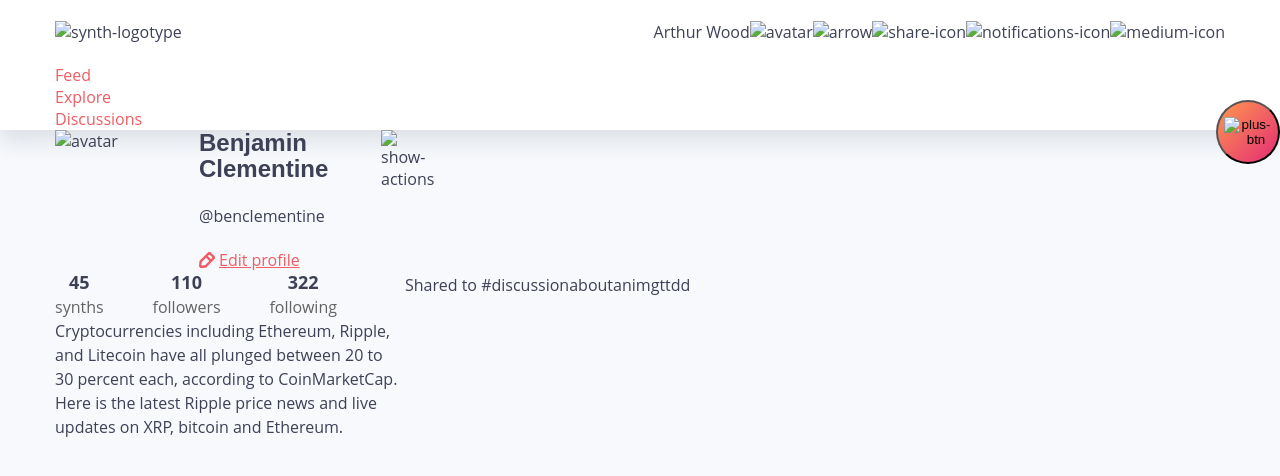
Repository: ecspetra/swivl-test-task
Page: index.html
An editor plug-in stored every save of this project. The page is shown before and after the next save, followed by the edit.
The browser window is 1280 px wide. The pictures show the whole page.

Above is the page before, as saved 2021-12-09 20:47:23.

### index.html
<!DOCTYPE html>
<html lang="en">

<head>
    <meta charset="UTF-8">
    <meta http-equiv="X-UA-Compatible" content="IE=edge">
    <meta name="viewport" content="width=device-width, initial-scale=1.0">
    <link rel="stylesheet" href="css/style.css">
    <title>Synth User Profile</title>
</head>

<body>
    <header>
        <div class="header">
            <div class="header__logo-wrapper">
                <img class="header__logo" src="" alt="synth-logotype">
            </div>
            <div class="header__profile">
                <div class="header__user">
                    <p class="header__username">Arthur Wood</p>
                    <div class="header__avatar-wrapper">
                        <img class="header__avatar" src="" alt="avatar">
                    </div>
                    <div class="header__arrow-wrapper">
                        <img class="header__arrow" src="" alt="arrow">
                    </div>
                </div>
                <div class="header__icons">
                    <div class="header__share-wrapper">
                        <img class="header__share" src="" alt="share-icon">
                    </div>
                    <div class="header__notifications-wrapper">
                        <img class="header__notifications" src="" alt="notifications-icon">
                    </div>
                    <div class="header__medium-wrapper">
                        <img class="header__medium" src="" alt="medium-icon">
                    </div>
                </div>
            </div>
        </div>
        <div class="header__navigation-wrapper">
            <nav class="header__navigation">
                <ul>
                    <li><a href="#">Feed</a></li>
                    <li><a href="#">Explore</a></li>
                    <li><a href="#">Discussions</a></li>
                </ul>
            </nav>
        </div>
        <button class="header__btn-wrapper">
            <img class="header__btn" src="" alt="plus-btn">
        </button>
    </header>
    <main>
        <section>
            <div class="profile">
                <div class="profile__user-details">
                    <div class="profile__general">
                        <div class="profile__avatar-wrapper">
                            <img class="profile__avatar" src="" alt="avatar">
                        </div>
                        <div class="profile__name-wrapper">
                            <h2 class="profile__name">Benjamin Clementine</h2>
                            <div class="profile__dots-wrapper">
                                <img class="profile__dots" src="" alt="show-actions">
                            </div>
                        </div>
                        <p class="profile__instagram">@benclementine</p>
                        <a class="profile__edit-btn" href="#">Edit profile</a>
                    </div>
                    <div class="profile__statistics">
                        <p class="profile__synths"><span>45</span><br>synths</p>
                        <p class="profile__followers"><span>110</span><br>followers</p>
                        <p class="profile__following"><span>322</span><br>following</p>
                    </div>
                    <p class="profile__description">Cryptocurrencies including Ethereum, Ripple, and Litecoin have all
                        plunged between 20 to 30 percent each, according to CoinMarketCap. Here is the latest Ripple
                        price news and live updates on XRP, bitcoin and Ethereum.</p>
                </div>

                <div class="profile__switcher"></div>

                <div class="profile__cards">
                    <article class="profile__card">
                        <p class="profile__">Shared to <span>#discussionaboutanimgttdd</span></p>
                    </article>
                </div>

            </div>
        </section>
    </main>

</body>

</html>

### css/style.css
body {
  width: 100%;
  height: auto;
  margin: 0;
  padding: 0;
  background-color: #f7f9fc;
  font-family: "Open Sans", sans-serif;
  color: #3e4056;
}

* {
  -webkit-box-sizing: border-box;
  box-sizing: border-box;
}

header {
  width: 100%;
  background-color: #ffffff;
  -webkit-box-shadow: 0px 12px 20px 0px rgba(34, 60, 80, 0.12);
  -moz-box-shadow: 0px 12px 20px 0px rgba(34, 60, 80, 0.12);
  box-shadow: 0px 12px 20px 0px rgba(34, 60, 80, 0.12);
}

main,
section {
  width: 100%;
}

a {
  text-decoration: none;
  color: #f05d63;
}

ul {
  padding: 0;
  margin: 0;
}
ul li {
  list-style-type: none;
}

h1,
h2 {
  margin: 0;
}

p {
  margin: 0;
}

.header {
  max-width: 1218px;
  padding: 21px 24px;
  margin: 0 auto;
  display: -webkit-box;
  display: -ms-flexbox;
  display: flex;
  -webkit-box-orient: horizontal;
  -webkit-box-direction: normal;
  -ms-flex-direction: row;
  flex-direction: row;
  -webkit-box-pack: justify;
  -ms-flex-pack: justify;
  justify-content: space-between;
  -webkit-box-align: center;
  -ms-flex-align: center;
  align-items: center;
  position: relative;
}

.header__profile {
  display: -webkit-box;
  display: -ms-flexbox;
  display: flex;
  -webkit-box-orient: horizontal;
  -webkit-box-direction: normal;
  -ms-flex-direction: row;
  flex-direction: row;
  -webkit-box-pack: end;
  -ms-flex-pack: end;
  justify-content: flex-end;
  -webkit-box-align: center;
  -ms-flex-align: center;
  align-items: center;
}

.header__user,
.header__icons {
  display: -webkit-box;
  display: -ms-flexbox;
  display: flex;
  -webkit-box-orient: horizontal;
  -webkit-box-direction: normal;
  -ms-flex-direction: row;
  flex-direction: row;
  -webkit-box-pack: justify;
  -ms-flex-pack: justify;
  justify-content: space-between;
  -webkit-box-align: center;
  -ms-flex-align: center;
  align-items: center;
}

.header__arrow-icon {
  width: 8px;
  height: 4px;
  opacity: 0.4;
}

.header__icon-wrapper {
  width: 32px;
  height: 32px;
}

.header__share-icon,
.header__share-icon,
.header__medium-icon {
  width: auto;
  height: 14px;
}

.header__navigation-wrapper {
  max-width: 1218px;
  padding: 0 24px;
  margin: 0 auto;
}

.navigation-list {
  display: -webkit-box;
  display: -ms-flexbox;
  display: flex;
  -webkit-box-orient: horizontal;
  -webkit-box-direction: normal;
  -ms-flex-direction: row;
  flex-direction: row;
  -webkit-box-pack: start;
  -ms-flex-pack: start;
  justify-content: flex-start;
  -webkit-box-align: center;
  -ms-flex-align: center;
  align-items: center;
  gap: 37px;
}

.navigation-list__item {
  color: #3e4056;
  text-transform: uppercase;
  font: 600 14px/16px "Open Sans", sans-serif;
  opacity: 0.6;
}

.navigation-list__item__active {
  opacity: 1;
}

.header__btn-wrapper {
  background: linear-gradient(to bottom right, #ff974f, #e32c75);
  width: 64px;
  height: 64px;
  border-radius: 50%;
  overflow: hidden;
  position: absolute;
  right: 0;
  top: 100px;
}

.header__btn {
  background: none;
  outline: 0;
  border: 0;
  width: 100%;
  height: 100%;
}

.profile {
  max-width: 1218px;
  padding: 0 24px;
  margin: 0 auto;
  display: -ms-grid;
  display: grid;
  grid-template-columns: 350px 1fr;
  grid-template-rows: auto auto;
  grid-template-areas: "profile__user-details profile__switcher" "profile__user-details profile__cards-wwrapper";
  -webkit-box-pack: center;
  -ms-flex-pack: center;
  justify-content: center;
  -webkit-box-align: start;
  -ms-flex-align: start;
  align-items: start;
}

.profile__user-details {
  grid-area: profile__user-details;
}

.profile__general {
  display: -ms-grid;
  display: grid;
  grid-template-columns: 120px 1fr;
  grid-template-rows: auto auto auto;
  grid-template-areas: "profile__avatar-wrapper profile__name-wrapper" "profile__avatar-wrapper profile__instagram" "profile__avatar-wrapper profile__edit-btn";
  -webkit-box-pack: center;
  -ms-flex-pack: center;
  justify-content: center;
  -webkit-box-align: start;
  -ms-flex-align: start;
  align-items: start;
  gap: 24px;
}

.profile__avatar-wrapper {
  grid-area: profile__avatar-wrapper;
  width: 120px;
  height: 120px;
}

.profile__avatar {
  width: 100%;
  height: 100%;
}

.profile__name-wrapper {
  grid-area: profile__name-wrapper;
  display: -webkit-box;
  display: -ms-flexbox;
  display: flex;
  -webkit-box-orient: horizontal;
  -webkit-box-direction: normal;
  -ms-flex-direction: row;
  flex-direction: row;
  -webkit-box-pack: justify;
  -ms-flex-pack: justify;
  justify-content: space-between;
  -webkit-box-align: start;
  -ms-flex-align: start;
  align-items: flex-start;
  -ms-flex-wrap: nowrap;
  flex-wrap: nowrap;
}

.profile__name {
  font: 600 24px/26px "Montserrat", sans-serif;
  max-width: 150px;
  display: -webkit-box;
  -webkit-line-clamp: 2;
  -webkit-box-orient: vertical;
  overflow: hidden;
  text-overflow: ellipsis;
}

.profile__dots-wrapper {
  width: 24px;
  height: 24px;
  cursor: pointer;
}

.profile__dots {
  width: 16px;
  height: 16px;
}

.profile__instagram {
  grid-area: profile__instagram;
  font: 400 16px/20px "Open Sans", sans-serif;
}

.profile__edit-btn {
  grid-area: profile__edit-btn;
  font: 400 16px/20px "Open Sans", sans-serif;
  text-decoration: underline;
  position: relative;
  padding: 0 0 0 20px;
}
.profile__edit-btn:before {
  content: "";
  width: 16px;
  height: 16px;
  background-image: url("../img/edit-icon.svg");
  background-position: center;
  background-size: 100%;
  background-repeat: no-repeat;
  position: absolute;
  top: 50%;
  left: 0;
  -webkit-transform: translateY(-50%);
  -ms-transform: translateY(-50%);
  transform: translateY(-50%);
}

.profile__statistics {
  display: -webkit-box;
  display: -ms-flexbox;
  display: flex;
  -webkit-box-orient: horizontal;
  -webkit-box-direction: normal;
  -ms-flex-direction: row;
  flex-direction: row;
  -webkit-box-pack: justify;
  -ms-flex-pack: justify;
  justify-content: space-between;
  -webkit-box-align: start;
  -ms-flex-align: start;
  align-items: flex-start;
  -ms-flex-wrap: nowrap;
  flex-wrap: nowrap;
  max-width: 282px;
}

.profile__synths,
.profile__followers,
.profile__following {
  font: 400 16px/24px "Open Sans", sans-serif;
  text-align: center;
  color: #636363;
}
.profile__synths span,
.profile__followers span,
.profile__following span {
  font: 700 18px/24px "Open Sans", sans-serif;
  color: #3e4056;
}

.profile__description {
  font: 400 16px/24px "Open Sans", sans-serif;
}

.profile__switcher {
  grid-area: profile__switcher;
}

.profile__cards-wrapper {
  grid-area: profile__cards-wrapper;
  display: -webkit-box;
  display: -ms-flexbox;
  display: flex;
  -webkit-box-orient: horizontal;
  -webkit-box-direction: normal;
  -ms-flex-direction: row;
  flex-direction: row;
  -webkit-box-pack: justify;
  -ms-flex-pack: justify;
  justify-content: space-between;
  -webkit-box-align: start;
  -ms-flex-align: start;
  align-items: flex-start;
  -ms-flex-wrap: wrap;
  flex-wrap: wrap;
  gap: 24px;
}

.profile-card {
  background-color: #ffffff;
  border-radius: 8px;
  width: 100%;
  height: 280px;
  max-width: 374px;
  -webkit-box-shadow: 0px 12px 20px 0px rgba(34, 60, 80, 0.12);
  -moz-box-shadow: 0px 12px 20px 0px rgba(34, 60, 80, 0.12);
  box-shadow: 0px 12px 20px 0px rgba(34, 60, 80, 0.12);
  padding: 24px;
  display: -webkit-box;
  display: -ms-flexbox;
  display: flex;
  -webkit-box-orient: vertical;
  -webkit-box-direction: normal;
  -ms-flex-direction: column;
  flex-direction: column;
  -webkit-box-pack: justify;
  -ms-flex-pack: justify;
  justify-content: space-between;
  -webkit-box-align: start;
  -ms-flex-align: start;
  align-items: flex-start;
}

p + .profile-card__headline {
  padding: 0;
}

.profile-card__headline {
  padding: 40px 0 0;
  font: 400 36px/44px "Montserrat", sans-serif;
  display: -webkit-box;
  -webkit-line-clamp: 3;
  -webkit-box-orient: vertical;
  overflow: hidden;
  text-overflow: ellipsis;
}

.profile-card__author-photo {
  width: 24px;
  height: 24px;
  min-width: 24px;
  min-height: 24px;
}

.profile-card__author {
  width: 100%;
  height: 100%;
}

.profile-card__author-name {
  font: 600 14px/16px "Open Sans", sans-serif;
  white-space: nowrap;
  overflow: hidden;
  text-overflow: ellipsis;
  max-width: 160px;
  color: #3e4056;
}

.profile-card__author-wrapper,
.profile-card__bottom,
.profile-card__actions-wrapper {
  display: -webkit-box;
  display: -ms-flexbox;
  display: flex;
  -webkit-box-orient: horizontal;
  -webkit-box-direction: normal;
  -ms-flex-direction: row;
  flex-direction: row;
  -webkit-box-pack: justify;
  -ms-flex-pack: justify;
  justify-content: space-between;
  -webkit-box-align: center;
  -ms-flex-align: center;
  align-items: center;
  gap: 0 16px;
}

.profile-card__bottom {
  width: 100%;
}

.profile-card__author-wrapper {
  gap: 0 8px;
}

.profile-card__share-wrapper {
  text-align: right;
}

.profile-card__share-link {
  font: 400 18px/24px "Open Sans", sans-serif;
}

.profile-card__top {
  font: 600 16px/18px "Open Sans", sans-serif;
  width: 100%;
  white-space: nowrap;
  overflow: hidden;
  text-overflow: ellipsis;
}
.profile-card__top span {
  background-color: #ecf1f8;
  border-radius: 6px;
  padding: 0 3px;
}

.profile-card__icon-wrapper {
  display: -webkit-box;
  display: -ms-flexbox;
  display: flex;
  -webkit-box-orient: horizontal;
  -webkit-box-direction: normal;
  -ms-flex-direction: row;
  flex-direction: row;
  -webkit-box-pack: justify;
  -ms-flex-pack: justify;
  justify-content: space-between;
  -webkit-box-align: center;
  -ms-flex-align: center;
  align-items: center;
  gap: 0 8px;
}

.profile-card__icon {
  width: auto;
  height: 16px;
}

.profile-card__icon-counter {
  font: 600 14px/16px "Open Sans", sans-serif;
}

.weblink-shared {
  position: relative;
  padding: 0 0 0 20px;
}
.weblink-shared:before {
  content: "";
  width: 16px;
  height: 16px;
  background-image: url("../img/shared-link.svg");
  background-position: center;
  background-size: 100%;
  background-repeat: no-repeat;
  position: absolute;
  top: 50%;
  left: 0;
  -webkit-transform: translateY(-50%);
  -ms-transform: translateY(-50%);
  transform: translateY(-50%);
}

/*# sourceMappingURL=style.css.map */

After the next save:
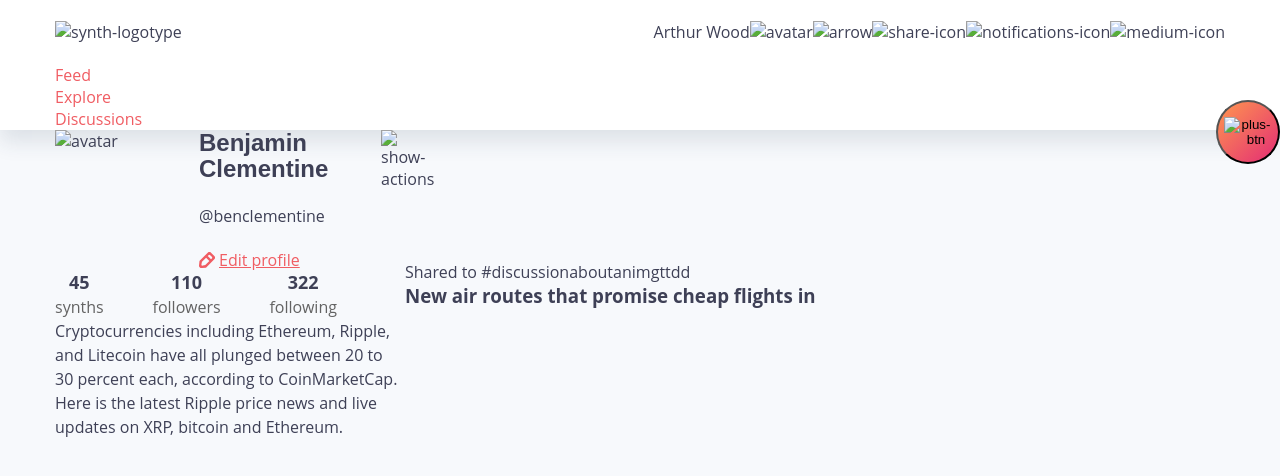
Saved 50 s later.
--- a/index.html
+++ b/index.html
@@ -83,6 +83,7 @@
                 <div class="profile__cards">
                     <article class="profile__card">
                         <p class="profile__">Shared to <span>#discussionaboutanimgttdd</span></p>
+                        <h1>New air routes that promise cheap flights in</h1>
                     </article>
                 </div>
 
